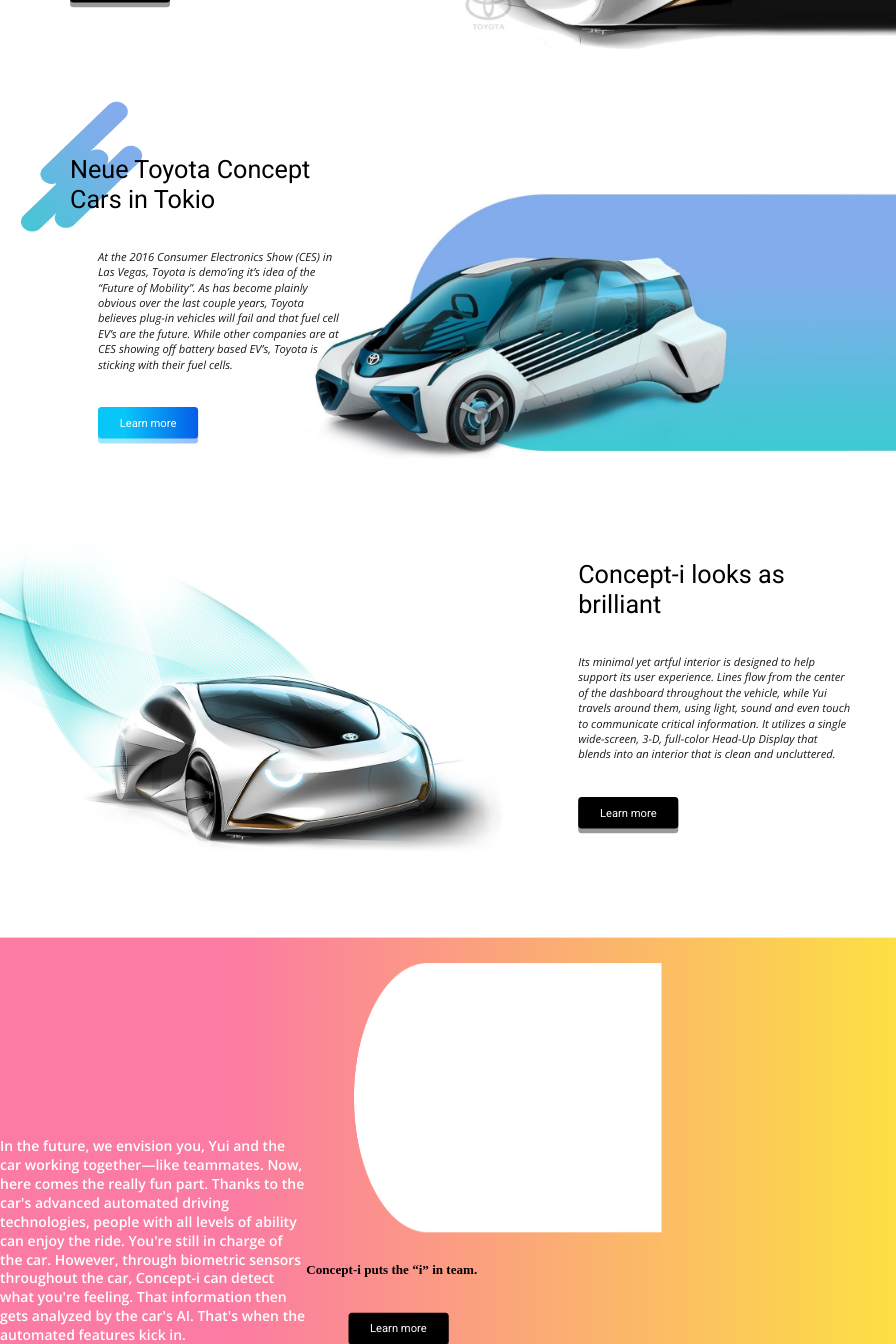
Repository: ThanhThn/Moto-Toyota
Page: index.html
These files come from the project's save history. The page is drawn as it stood at one moment and after the next save; the edit follows.
The browser window is 1280 px wide. The pictures show the part of the page from y = 1849 to 3769 px (the page is 3769 px tall), at 70% of full size.

Above is the page before, as saved 2022-06-30 20:45:48.

### index.html
<!DOCTYPE html>
<html lang="en">
<head>
    <meta charset="UTF-8">
    <meta http-equiv="X-UA-Compatible" content="IE=edge">
    <meta name="viewport" content="width=device-width, initial-scale=1.0">
    <title>Document</title>
    <!-- === CSS Files === -->
    <link rel="stylesheet" href="css/style.css">
</head>
<body>
    <!-- === Main Container Start === -->
    <div class="main-container">
        <!-- === Heading Start === -->
        <div class="heading">
            <div class="logo">
                <a href="#"><img src="images/logo.png" alt="logo"></a>
            </div>
            <div class="menu">
                <ul class="nav">
                    <li><a href="#" class="chossen">Home</a></li>
                    <li><a href="#">About</a></li>
                    <li><a href="#">Contact</a></li>
                </ul>
            </div>
        </div>
        <!-- === Heading End === -->
        <!-- === Content Start === -->
        <div class="content">
            <!-- === Slider start === -->
            <div class="slider-container">
                <img src="images/7502b12d9a12f809e3996ea2e26b5c30.jpeg" alt="">
                <div class="slider-content">
                    <h1>Toyota Concept-i Series</h1>
                    <p>Toyota Concept-i and its forward-thinking UX hold a mirror up to a future that is warm, friendly, engaging and, most of all—fun. Without further ado, meet Concept-i.</p>
                </div>
            </div>
            <!-- === Slider End === -->
            <!-- === Content Start === -->
            <section class="body-container-content">
                <img class="overflow-img img-defaut" src="images/6f5de08df6c1a4f14c65050e1ff59f2c.jpeg" alt="">
                <div class="body-content">
                    <h3 class="heading-content" >The future has arrived.</h3>
                    <p class="text-content">While we can't predict the future, we can inspire it. So what will our cars look like and how will they function? Will we drive them or will they drive us? That seems to be the question on everyone's mind. Well, we have an idea. Cars are for people who want to go to more places safely and efficiently</p>
                    <div class="yellow-btn">Learn more</div>
                    <img src="images/bd87ca380d82a1c6fad66fa9fc53bc48.png" alt=""  class="paint paint-1">
                </div>
                <img src="images/logo.png" alt="" class="logo-cover logo-body">

            </section>
            <section class="body-container-content">
                <div class="body-content">
                    <h3 class="heading-content">
                        <p>Less of a machine.</p>
                        <p>More of a pal.</p>
                    </h3>
                    <p class="text-content" style="margin-left:20px;">
                        Concept-i follows our belief that vehicles shouldn't start with technology—they should start, and end, with the experience of the people who use them. Therefore, Concept-i was built from the inside out, with a focus on making it immersive, energetic and, most importantly—approachable.
                    </p>
                    <div class="black-btn" style="margin-left:20px;">Learn more</div>
                </div>
                <img src="images/094e953db5791c71cbf6cb2692c9da18.jpeg" alt=""  class="img">
            </section>
            <!-- === Content End === -->
            <section class="body-container-content">
                <div class="body-content">
                    <h3 class="heading-content">
                        Neue Toyota Concept Cars in Tokio
                    </h3>
                    <p class="text-content">
                        At the 2016 Consumer Electronics Show (CES) in Las Vegas, Toyota is demo’ing it’s idea of the “Future of Mobility”.  As has become plainly obvious over the last couple years, Toyota believes plug-in vehicles will fail and that fuel cell EV’s are the future.  While other companies are at CES showing off battery based EV’s, Toyota is sticking with their fuel cells.
                    </p>
                    <div class="blue-btn">Learn more</div>
                    <img src="images/93c8d638317c741291e390fb2c10a215.png" alt="" class="paint paint-2">
                </div>
                <img src="images/8be8de663c4ab7eee8b3e53c31cbb581.jpeg" alt=""  class="img" id="img-center">
            </section>
            <section class="body-container-content">
                <img src="images/4c134e2df3106c5e28f93f94161e3242.png" alt=""  class="overflow-img img-defaut">
                <div class="body-content">
                    <h3 class="heading-content">
                        Concept-i looks as brilliant
                    </h3>
                    <p class="text-content" style="margin-left:20px;">
                        Its minimal yet artful interior is designed to help support its user experience. Lines flow from the center of the dashboard throughout the vehicle, while Yui travels around them, using light, sound and even touch to communicate critical information. It utilizes a single wide-screen, 3-D, full-color Head-Up Display that blends into an interior that is clean and uncluttered.
                    </p>
                    <div class="black-btn" style="margin-left:20px;">Learn more</div>
                </div>
            </section>
            <section class="content-center body-container-content">
                <div  class="text-content" id="text">
                    <p>
                        In the future, we envision you, Yui and the car working together—like teammates. Now, here comes the really fun part. Thanks to the car's advanced automated driving technologies, people with all levels of ability can enjoy the ride. You're still in charge of the car. However, through biometric sensors throughout the car, Concept-i can detect what you're feeling. That information then gets analyzed by the car's AI. That's when the automated features kick in.
                    </p>
                </div>
                <div>
                    <img src="images/c7a5eef7434a3c41abc67dbea4472211.png" alt="">
                    <div>
                        <h3>Concept-i puts the “i” in team.</h3>
                        <div class="black-btn">Learn more</div>
                    </div>
                </div>
            </section>
        </div>
        <!-- === Content End === -->
    </div>
    <!-- === Main Container End === -->
    <!-- === JS Files === -->
    <script src="js/script.js"></script>
</body>
</html>

### css/style.css
@import url('https://fonts.googleapis.com/css2?family=Open+Sans:ital,wght@0,600;0,700;1,400;1,600&family=Roboto&display=swap');
:root{
    --text: #1a1a1a;
    --text-chossen:#478ac9;
    --heading-family: 'Roboto', sans-serif;
    --body-family: 'Open Sans', sans-serif;
}
*
{
    margin: 0;
    padding: 0;
    outline: none;
    text-decoration: none;
    box-sizing: border-box;
}
.overflow-img
{
    overflow: hidden;
}

.img-defaut
{
    object-fit: cover;
}
.logo-cover
{
    width: 65px !important;
    height: 60px !important;
    opacity: 0.25;
}
.paint
{
    width: 173px  !important;
    height: 186px !important;
    position: absolute;
    z-index: -1;
}
.heading
{
    height: 115px;
    width: 100%;
    display : flex;
    justify-content: space-around;
}
.heading .logo{
    width: 92px;
    height: 92px;
    margin-top: 11.5px;
}
.heading .logo a img
{
    width: 92px;
    height: 92px;
}
.heading .menu .nav
{
    font-family:var(--body-family);
    font-size: 16px;
    font-weight: 700;
    list-style: none;
    display: flex;
    padding: 14px 0px 14px 0px;
    margin-top: 50px;
}
.heading .menu .nav li
{
    padding: 0px 20px 0px 20px;
}
.heading .menu .nav  li a
{
    color: var(--text);
}
.chossen
{
    color: var(--text-chossen) !important;
}

.slider-container
{
    text-align: center;
}
.slider-container img
{
    display: block;
    height: 260px;
    width: 820px;
    margin-left: auto;
    margin-right: auto;
    margin-top: 54px;
}
.slider-content
{
    width: 784px;
    height: 324px;
    margin-left: auto;
    margin-right: auto;
    margin-top: 20px;
}
.slider-content h1
{
    font-family: var(--heading-family);
    font-size: 72px;
    font-weight: 400;
    padding: 20px 13px 0 13px ;
}
.slider-content p
{
    font-family: var(--body-family);
    font-size: 20px;
    font-style: italic;
    opacity: 0.6;
    font-weight: 600;
    padding: 20px 13px 0 13px ;
}
.body-container-content
{
    display: flex;
    margin: 99px auto 0 0;
    align-items: flex-end;
}

.body-container-content img
{
    width:  calc(((100% - 1140px) / 2) + 656px);;
    display: block;
    height: 464px;
    object-position: 100% 0%;
    background-position: 100% 0%;
}

.body-container-content .body-content
{
    position: relative;
    width: 430px;
    height: 480px;
    margin-left: 80px;
    z-index: 1;
}

.body-content .heading-content
{
    font-family: var(--heading-family);
    font-size: 36px;
    font-weight: 400;
    margin: 40px 0 0 20px;
}
.body-content .text-content
{
    font-family: var(--body-family);
    font-weight: 400;
    opacity: 0.9;
    font-style: italic;
    margin: 50px 20px 0 60px;
    word-wrap: break-word;
}

.yellow-btn
{
    color: #fff;
    width: 143px;
    height: 45px;
    background-image: linear-gradient(to left, #fce043 0%, #fb7ba2 74%);
    border: none;
    border-radius: 5px ;
    display: flex;
    justify-content: center;
    align-items: center;
    font-family: var(--heading-family);
    margin: 50px 0 0 60px;
}
.yellow-btn::before {
    content: "";
    background: linear-gradient(to left, #fce043 0%, #fb7ba2 74%);
    position: absolute;
    opacity: 0.4;
    width: 143px;
    height: 45px;
    border-radius: 5px;
    transform: translateY(7px);
    z-index: -1;
}
.black-btn
{
    background-color: #000;
    color: #fff;
    box-shadow: 0 7px rgba(0, 0, 0, 0.4);
    width: 143px;
    height: 45px;
    border: none;
    border-radius: 5px ;
    display: flex;
    justify-content: center;
    align-items: center;
    font-family: var(--heading-family);
    margin: 50px 0 0 60px;
}
.black-btn:active
{
    transform: translateY(7px);
    box-shadow: none;
}

.blue-btn
{
    color: #fff;
    width: 143px;
    height: 45px;
    background-image: linear-gradient(to left, #045de9 0%, #09c6f9 74%);
    border: none;
    border-radius: 5px ;
    display: flex;
    justify-content: center;
    align-items: center;
    font-family: var(--heading-family);
    margin: 50px 0 0 60px;
}
.blue-btn::before {
    content: "";
    background: linear-gradient(to left, #045de9 0%, #09c6f9 74%);
    position: absolute;
    opacity: 0.4;
    width: 143px;
    height: 45px;
    border-radius: 5px;
    transform: translateY(7px);
    z-index: -1;
}

.body-container-content .logo-body
{
    position: relative;
    top: -30px;
    right: 1100px;
}

.body-container-content .paint-1
{
    top: -36px;
    right: 308px;
}
.body-container-content .paint-2
{
    top: -36px;
    left: -50px;
}
.body-container-content .img
{
    width: 860px;
    height: 400px;
    position: absolute;
    right: 0;
}
.body-container-content #img-center
{
    margin: auto 0 auto 0;
}
.content-center
{
    display: flex;
    background-image: linear-gradient(to left, #fce043 0%, #fb7ba2 74%);;
}
#text
{
    width: 480px;
    font-family: var(--body-family);
    font-size: 20px;
    font-weight: 600 ;
    color: #fff;
}

Loaded but not shown: js/script.js (no copy from this time; the picture is the same without it)

After the next save:
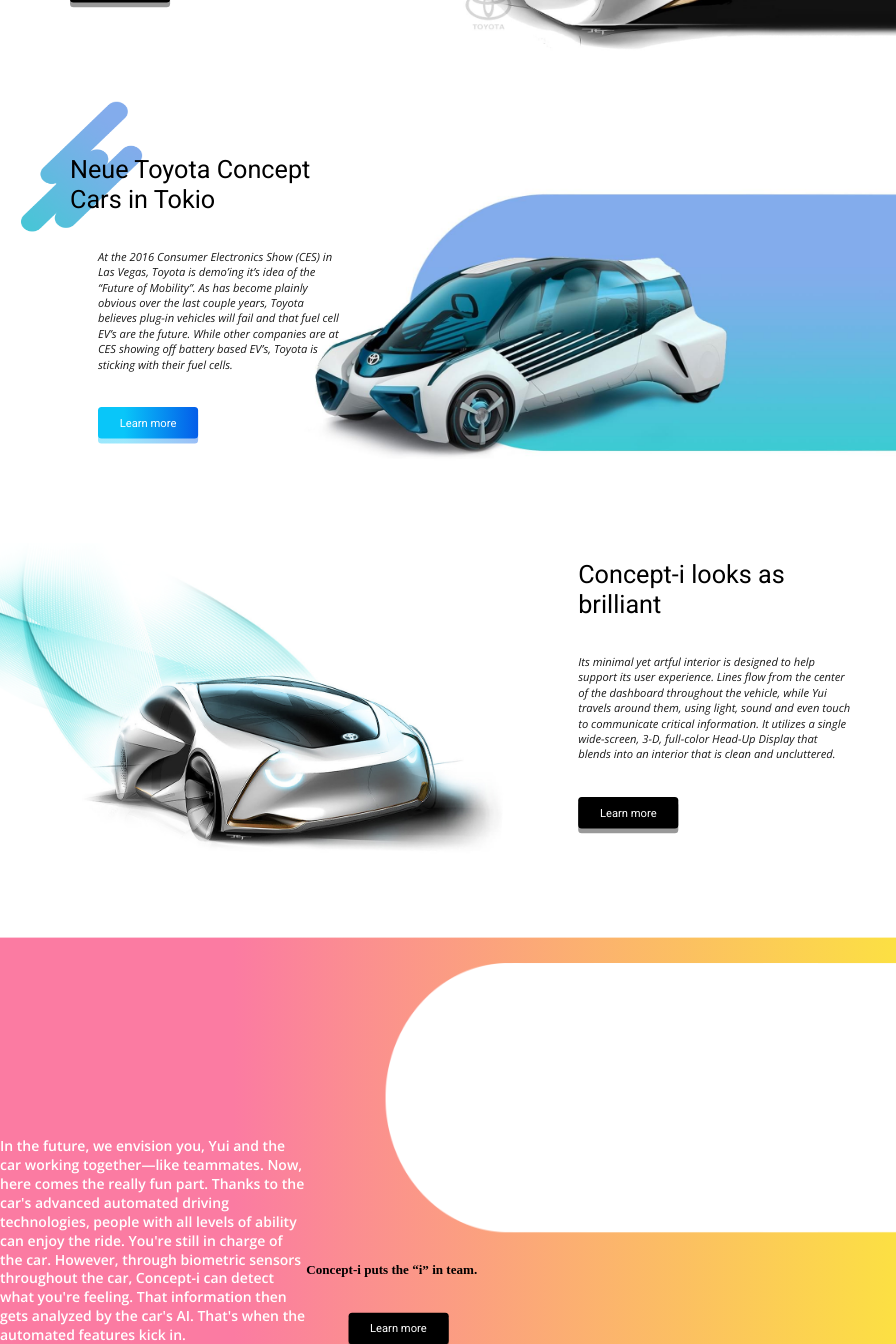
Saved 6 days later.
--- a/css/style.css
+++ b/css/style.css
@@ -267,3 +267,7 @@
     font-weight: 600 ;
     color: #fff;
 }
+.content-center img
+{
+    width: 100%;
+}
